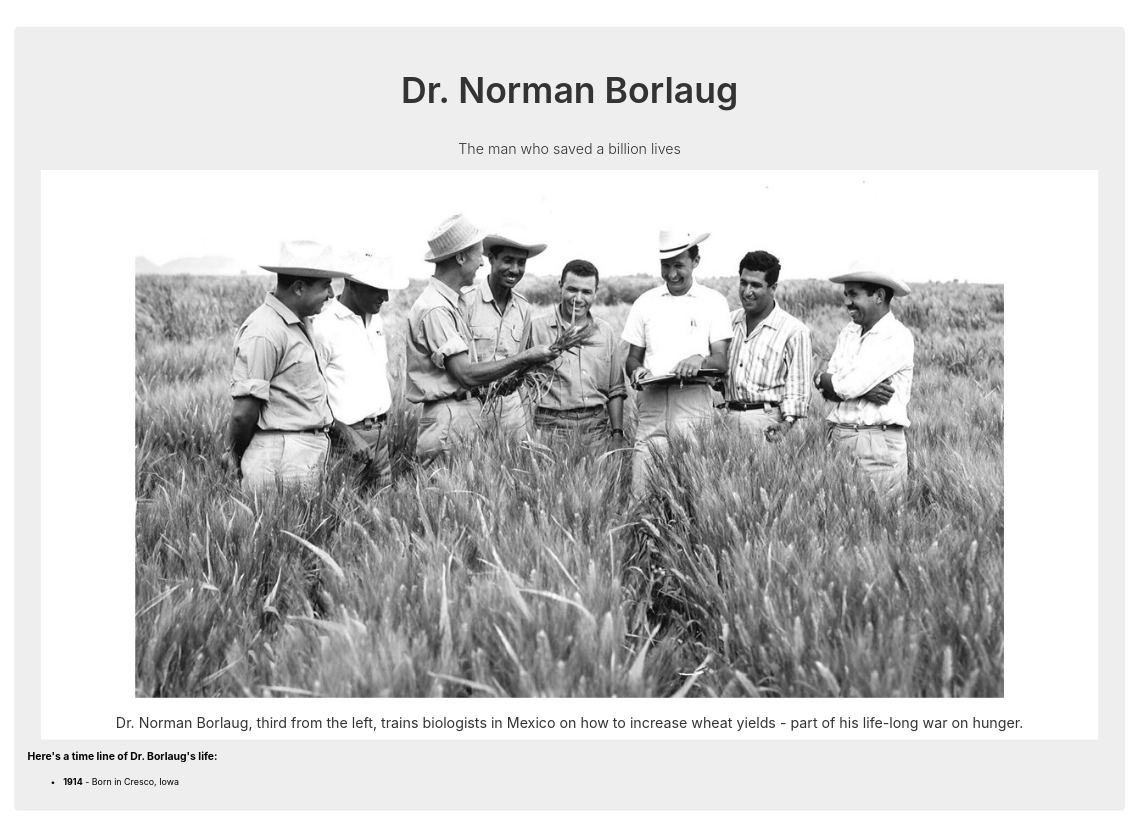
Repository: HTDuy01/github-demo
Page: freecodecamp/index.html
These files come from the project's save history. The page is drawn as it stood at one moment and after the next save; the edit follows.
The browser window is 1280 px wide. The pictures show the whole page, at 89% of full size.

Above is the page before, as saved 2021-11-17 20:34:04.

After the next save:
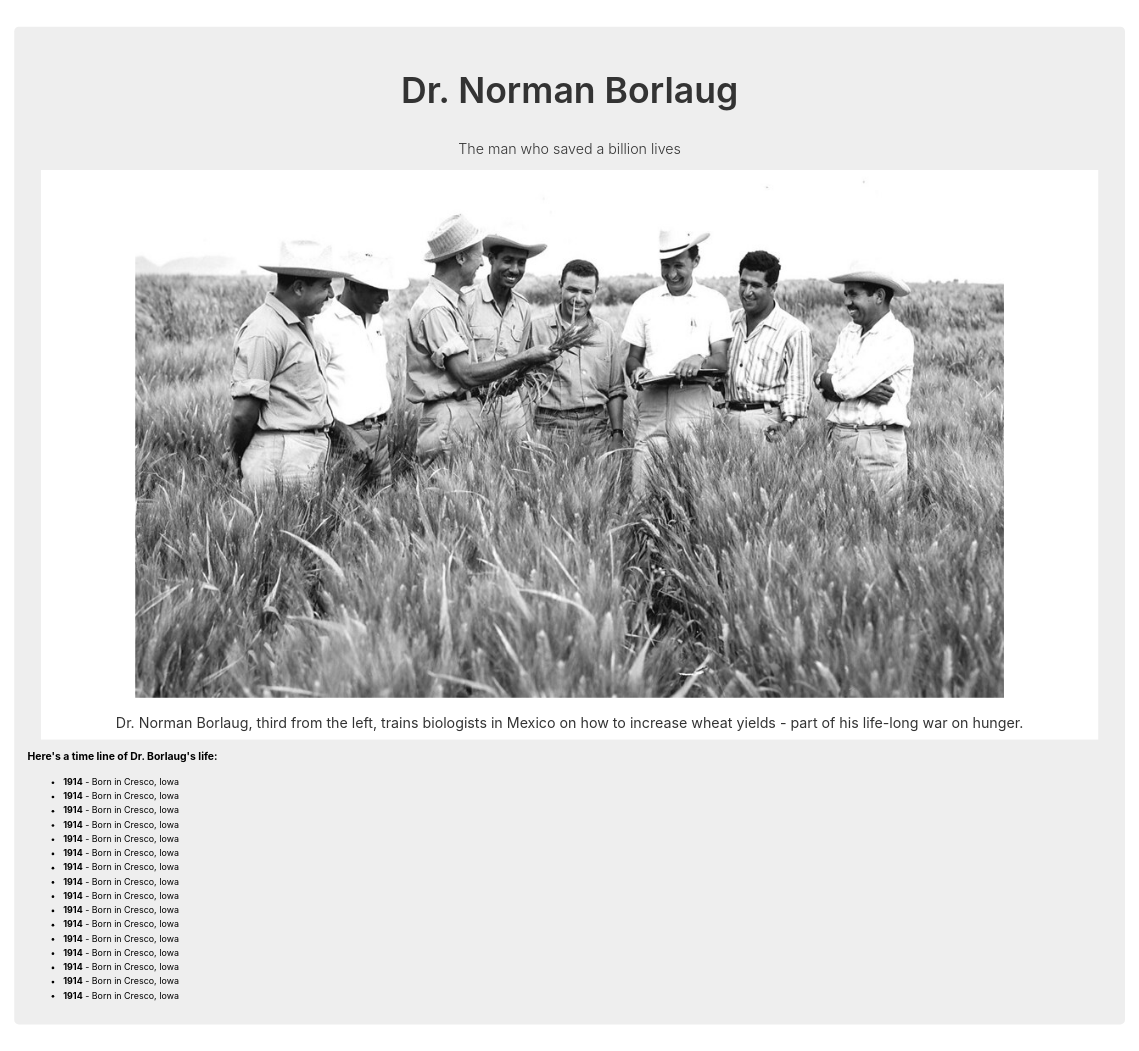
Saved 26 s later.
--- a/freecodecamp/index.html
+++ b/freecodecamp/index.html
@@ -27,6 +27,67 @@
                     <strong>1914</strong>
                      - Born in Cresco, Iowa
                 </li>
+                <li class="content-item">
+                    <strong>1914</strong>
+                     - Born in Cresco, Iowa
+                </li>
+                <li class="content-item">
+                    <strong>1914</strong>
+                     - Born in Cresco, Iowa
+                </li>
+                <li class="content-item">
+                    <strong>1914</strong>
+                     - Born in Cresco, Iowa
+                </li>
+                <li class="content-item">
+                    <strong>1914</strong>
+                     - Born in Cresco, Iowa
+                </li>
+                <li class="content-item">
+                    <strong>1914</strong>
+                     - Born in Cresco, Iowa
+                </li>
+                <li class="content-item">
+                    <strong>1914</strong>
+                     - Born in Cresco, Iowa
+                </li>
+                <li class="content-item">
+                    <strong>1914</strong>
+                     - Born in Cresco, Iowa
+                </li>
+                <li class="content-item">
+                    <strong>1914</strong>
+                     - Born in Cresco, Iowa
+                </li>
+                <li class="content-item">
+                    <strong>1914</strong>
+                     - Born in Cresco, Iowa
+                </li>
+                <li class="content-item">
+                    <strong>1914</strong>
+                     - Born in Cresco, Iowa
+                </li>
+                <li class="content-item">
+                    <strong>1914</strong>
+                     - Born in Cresco, Iowa
+                </li>
+                <li class="content-item">
+                    <strong>1914</strong>
+                     - Born in Cresco, Iowa
+                </li>
+                <li class="content-item">
+                    <strong>1914</strong>
+                     - Born in Cresco, Iowa
+                </li>
+                <li class="content-item">
+                    <strong>1914</strong>
+                     - Born in Cresco, Iowa
+                </li>
+                <li class="content-item">
+                    <strong>1914</strong>
+                     - Born in Cresco, Iowa
+                </li>
+
             </ul>
         </div>
 
